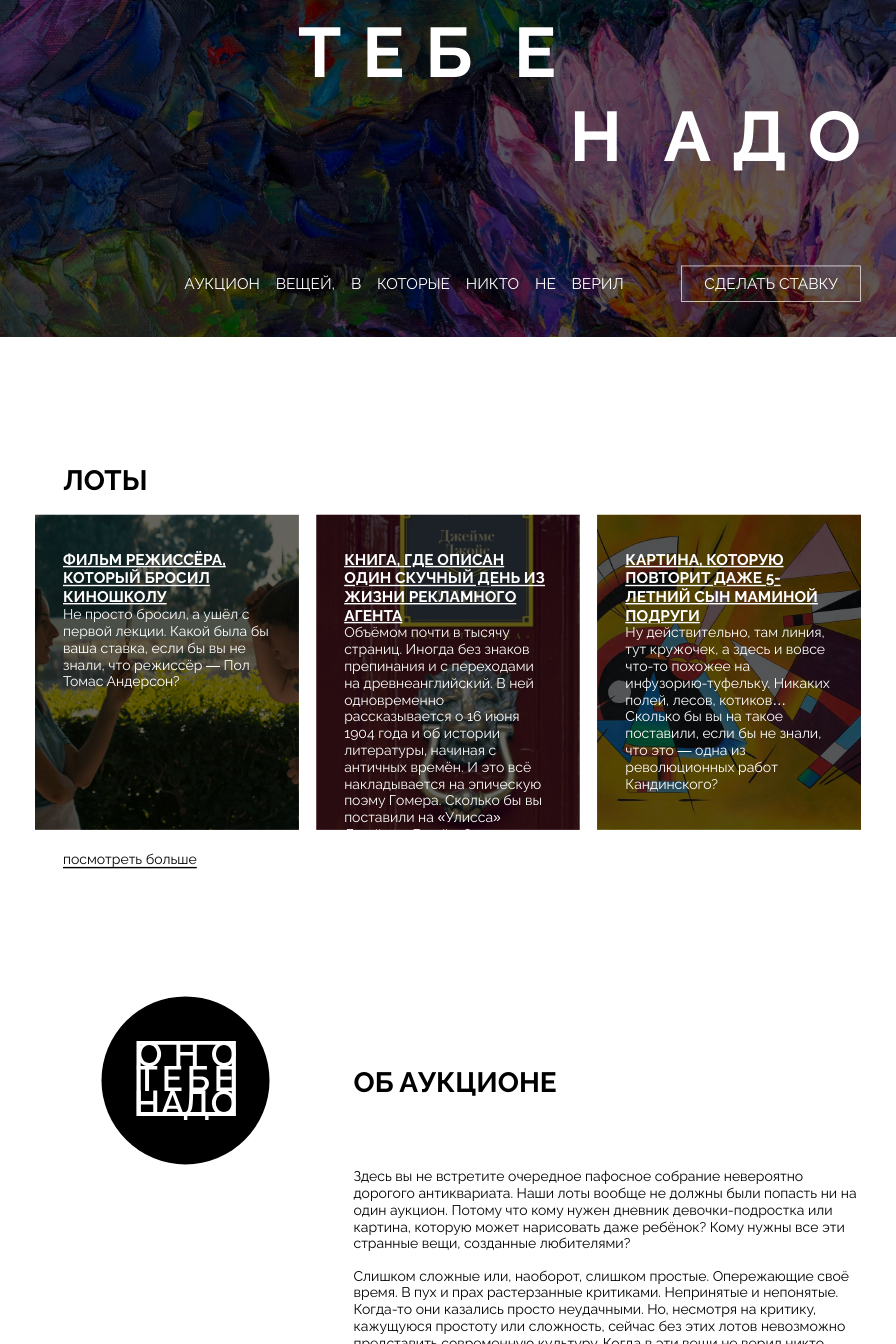
Repository: Hadoooouken/ono-tebe-nado
Page: index.html
The author's editor kept a copy of each file at every save. The page is drawn from the files as they stood at one save, then again after a run of saves.
The browser window is 1280 px wide. The pictures show the part of the page from y = 568 to 2488 px (the page is 2778 px tall), at 70% of full size.

Above is the page before, as saved 2023-11-29 02:16:22.

### index.html
<!DOCTYPE html>
<html lang="ru">
  <head>
    <meta charset="UTF-8" />
    <meta http-equiv="X-UA-Compatible" content="IE=edge" />
    <meta name="viewport" content="width=device-width, initial-scale=1.0" />
    <link rel="stylesheet" href="./fonts/fonts.css" />
    <link rel="stylesheet" href="./styles/global.css" />
    <link rel="stylesheet" href="./styles/style.css" />
    <title>Оно тебе надо — аукцион вещей, в которые никто не верил</title>
  </head>
  <body>
    <header class="header section">
      <nav class="header__menu">
        <ul>
          <li class="header__links-list-item_no-bullit">
            <a href="#">главная</a>
          </li>
          <li><a href="#">посмотреть лоты</a></li>
          <li><a href="#">об аукционе</a></li>
        </ul>
      </nav>

      <div class="header__logo">
        <a href="#"><img src="./images/logo-black.svg" alt="Логотип" /></a>
      </div>

      <div class="address">
        <div><a href="tel:+99995555555">+9 999 555 5555</a></div>
        <div><a href="mailto:info@sobaka.ge">info@sobaka.ge</a></div>
        <p>наб. Принсенграхт 263-265, <br />Амстердам</p>
      </div>
    </header>

    <main>
      <section class="cover">
        <div class="overlay"></div>
        <h1 class="cover__title">
          <span class="align_left">о<span>но</span></span>
          <span class="align_center">те<span>бе</span></span>
          <span class="align_right"
            ><span class="letter-spacing-title">Н</span>ад<span
              class="no-letter-spacing"
              >о</span
            ></span
          >
        </h1>
        <div class="cover__description">
          <p class="divcover__description-text">
            Аукцион вещей, в которые никто не верил
          </p>
          <button type="button" class="bet-button">сделать ставку</button>
        </div>
      </section>

      <section class="lots section">
        <h2 class="lots__heading">лоты</h2>
        <ul class="lots__card-list">
          <li class="lots__card-list-item card_type_film">
            <div class="overlay"></div>
            <a class="card-link" href="#">
              <article class="card">
                <h3 class="card__title">
                  Фильм режиссёра, который бросил киношколу
                </h3>
                <p class="card__text">
                  Не просто бросил, а ушёл с первой лекции. Какой была бы ваша
                  ставка, если бы вы не знали, что режиссёр — Пол Томас
                  Андерсон?
                </p>
              </article>
            </a>
          </li>
          <li class="lots__card-list-item card_type_book">
            <div class="overlay"></div>
            <a class="card-link" href="#">
              <article class="card">
                <h3 class="card__title">
                  Книга, где описан один скучный день из жизни рекламного агента
                </h3>

                <p class="card__text">
                  Объёмом почти в тысячу страниц. Иногда без знаков препинания и
                  с переходами на древнеанглийский. В ней одновременно
                  рассказывается о 16 июня 1904 года и об истории литературы,
                  начиная с античных времён. И это всё накладывается на
                  эпическую поэму Гомера. Сколько бы вы поставили на «Улисса»
                  Джеймса Джойса?
                </p>
              </article>
            </a>
          </li>
          <li class="lots__card-list-item card_type_picture">
            <div class="overlay"></div>
            <a class="card-link" href="#">
              <article class="card">
                <h3 class="card__title">
                  Картина, которую повторит даже 5-летний сын маминой подруги
                </h3>

                <p class="card__text">
                  Ну действительно, там линия, тут кружочек, а здесь и вовсе
                  что-то похожее на инфузорию-туфельку. Никаких полей, лесов,
                  котиков… Сколько бы вы на такое поставили, если бы не знали,
                  что это — одна из революционных работ Кандинского?
                </p>
              </article>
            </a>
          </li>
        </ul>
        <a class="lots__look-more-link" href="#">посмотреть больше</a>
      </section>

      <section class="about section">
        <div class="about__left-column">
          <div class="about__logo">
            <img src="./images/logo-white.svg" alt="Логотип" />
          </div>
        </div>

        <div class="about__right-column">
          <h2 class="about__title">об аукционе</h2>
          <p class="about__text">
            Здесь вы не встретите очередное пафосное собрание невероятно
            дорогого антиквариата. Наши лоты вообще не должны были попасть ни на
            один аукцион. Потому что кому нужен дневник девочки-подростка или
            картина, которую может нарисовать даже ребёнок? Кому нужны все эти
            странные вещи, созданные любителями?
          </p>
          <p class="about__text">
            Слишком сложные или, наоборот, слишком простые. Опережающие своё
            время. В пух и прах растерзанные критиками. Непринятые и непонятые.
            Когда-то они казались просто неудачными. Но, несмотря на критику,
            кажущуюся простоту или сложность, сейчас без этих лотов невозможно
            представить современную культуру. Когда в эти вещи не верил никто,
            продолжали верить их создатели. И сейчас эти лоты стали культовыми.
          </p>
        </div>
      </section>
    </main>
    <footer class="footer section">
      <div class="address">
        <div><a href="tel:+99995555555">+9 999 555 5555</a></div>
        <div><a href="mailto:info@sobaka.ge">info@sobaka.ge</a></div>
        <p>наб. Принсенграхт 263-265, Амстердам</p>
      </div>

      <div class="footer__menu-list">
        <nav class="">
          <ul class="footer__menu-list-item">
            <li class="footer__menu-link_active">
              <a href="#">главная</a>
            </li>
            <li><a href="#">посмотреть лоты</a></li>
            <li><a href="#">об аукционе</a></li>
          </ul>
        </nav>
      </div>

      <div>
        <ul class="footer__social-list">
          <li class="footer__social-list-item">
            <a href="#"> <img src="./images/yt.svg" alt="ютуб" /></a>
          </li>
          <li class="footer__social-list-item">
            <a href="#"> <img src="./images/vk.svg" alt="вконтакте" /></a>
          </li>
          <li class="footer__social-list-item">
            <a href="#">
              <img src="./images/pinterest.svg" alt="пинтерест"
            /></a>
          </li>
        </ul>
      </div>
    </footer>
  </body>
</html>

### styles/global.css
*,
*::before,
*::after {
  box-sizing: border-box;
}

body {
  min-width: 1100px;
  margin: 0;
  font-family: Raleway, sans-serif;
  line-height: 24px;
}

h1,
h2,
h3,
h4,
h5,
h6,
p,
ul,
ol,
li,
blockquote {
  margin: 0;
  padding: 0;
}

a {
  color: inherit;
}

img {
  width: 100%;
}

### styles/style.css
.header {
 display: grid;
 grid-template-columns: 1fr min-content 1fr;
  padding-top: 92px;
  align-items: center;
  font-weight: 400;
  font-size: 18px;
  font-style: normal;
  text-underline-offset: 4px;
  padding-bottom: 90px;
}


.address {
  display:grid;
  justify-content: end;
  line-height: 24.3px;

}

.header__menu ul {
  display: flex;
  gap: 32px;
  list-style-type: circle;
}

.header__links-list-item_no-bullit a {
  text-decoration: none;
}

li.header__links-list-item_no-bullit {
  list-style-type: none;
}

.header__logo {
  width: 138px;
}

.section {
  padding-left: 50px;
  padding-right: 50px;
}

.cover {
  background-image: url(../images/cover.jpg);
  background-repeat: no-repeat;
  background-size: cover;
  background-position: center;
  position: relative;
  z-index: 1;

}


.cover__title {
  display: flex;
  flex-direction: column;
  font-size: 100px;
  font-weight: 700;
  text-transform: uppercase;
  color: #fff;
  font-style: normal;
  position: relative;
  line-height: 115px;
  letter-spacing: 30px;
  z-index: 2;
  padding-top: 165px;
  padding-left: 50px;
  padding-right: 50px;
  gap: 20px;
}

.cover__title > span {
  display: block;
}

.overlay {
  top: 0;
  bottom: 0;
  right: 0;
  left: 0;
  background-color: rgba(0, 0, 0, 0.6);
  position: absolute;
  z-index: 0;
}

.align_left {
  text-align: left;
  letter-spacing: 30px;
}

.align_center {
  text-align: center;
  line-height: 100px;
  letter-spacing: 30px;
}
.align_right {
  text-align: right;
  line-height: 100px;
  letter-spacing: 30px;
}

.align_left span {
  letter-spacing: 60px;

}

.align_center span {
  letter-spacing: 60px;
}




.letter-spacing-title{
  letter-spacing: 60px;
}
.no-letter-spacing{
  letter-spacing: 0;
}

.cover__description {
  display: flex;
  justify-content: end;
  flex-shrink: 0;
  padding: 134px 50px 50px;
  gap: 82px;
  align-items: center;
}

.divcover__description-text {
  color: #fff;
  font-size: 22px;
  font-style: normal;
  font-weight: 400;
  line-height: 28px;
  word-spacing: 17px;
  position: relative;
  text-transform: uppercase;
  z-index: 2;
}

.bet-button {
  background-color: transparent;
  border: 1px solid #fff;
  color: #fff;
  font-family: Raleway;
  font-size: 22px;
  font-style: normal;
  font-weight: 400;
  line-height: normal;
  text-transform: uppercase;
  z-index: 2;
  width: 257px;
  min-height: 52px;
  padding: 10px 30px;
}

.lots {
  padding-top: 180px;
}

.lots__heading {
  padding-left: 40px;
  color: #000;
  font-size: 40px;
  font-style: normal;
  font-weight: 700;
  line-height: normal;
  text-transform: uppercase;
}

.lots__card-list {
  display: flex;
  padding-top: 27px;
  list-style-type: none;
  gap: 25px;
  margin-bottom: 30px;
}
.lots__card-list-item {
  display: flex;
  flex-grow: 1;
  flex-basis: 0;
  height: 450px;
  background-size: cover;
  padding: 50px 40px;
  position: relative;
  background-position:
}

.card_type_film {
  background-image: url(../images/card-lot-01.jpg);
}

.card_type_book {
  background-image: url(../images/card-lot-02.jpg);
}

.card_type_picture {
  background-image: url(../images/card-lot-03.jpg);
}

.card__title {
  color: #fff;
  font-size: 22px;
  font-style: normal;
  font-weight: 700;
  line-height: 120%;
  text-transform: uppercase;
  text-decoration: underline;
}

.card-link {
  display: flex;
  justify-content: space-between;
  flex-direction: column;
  text-decoration: none;
  position: relative;
  z-index: 1;
}

.card__text {
  color: #fff;
  font-size: 20px;
  font-style: normal;
  font-weight: 400;
  line-height: 120%;
}

.lots__look-more-link {
  color: #000;
  font-size: 20px;
  font-weight: 400;
  padding-left: 40px;
  text-underline-offset: 4px;
}

.about {
  display: flex;
  padding-top: 182px;
  border-radius: 10px;
}

.about__logo {
  background-color: #000;
  border-radius: 50%;
  width: 240px;
  height: 240px;
  padding: 63px 46px;
}

.about__title {
  color: #000;
  font-size: 40px;
  font-weight: 700;
  line-height: normal;
  text-transform: uppercase;
  margin-bottom: 100px;
}

.about__text {
  color: #000;
  font-size: 20px;
  font-weight: 400;
  line-height: normal;
  margin-bottom: 22px;
}

.about__left-column {
  padding-left: 95px;
  padding-right: 95px;
}

.about__right-column {
  padding-top: 98px;
  padding-left: 25px;
}

.footer {
  padding-top: 160px;
  display: flex;
  justify-content: space-between;
}

.footer__address {
  color: #000;
  font-size: 18px;
  font-style: normal;
  font-weight: 400;
  line-height: 24.3px;
  text-underline-offset: 4px;
  width: 250px;
}

.footer__menu-list {
  color: #000;
  font-size: 18px;
  font-style: normal;
  font-weight: 400;
  line-height: normal;
  text-align: center;
  text-underline-offset: 4px;
}
.footer__menu-list-item {
  list-style-type: none;
}

.footer__menu-link_active a {
  text-decoration: none;
}

.footer__social-list {
  display: flex;
  flex-direction: row;
  gap: 50px;
}

.footer__social-list-item {
  list-style-type: none;
  width: 48px;
  height: 48px;
}

Loaded but not shown: fonts/fonts.css (common file)

After the next 2 saves:
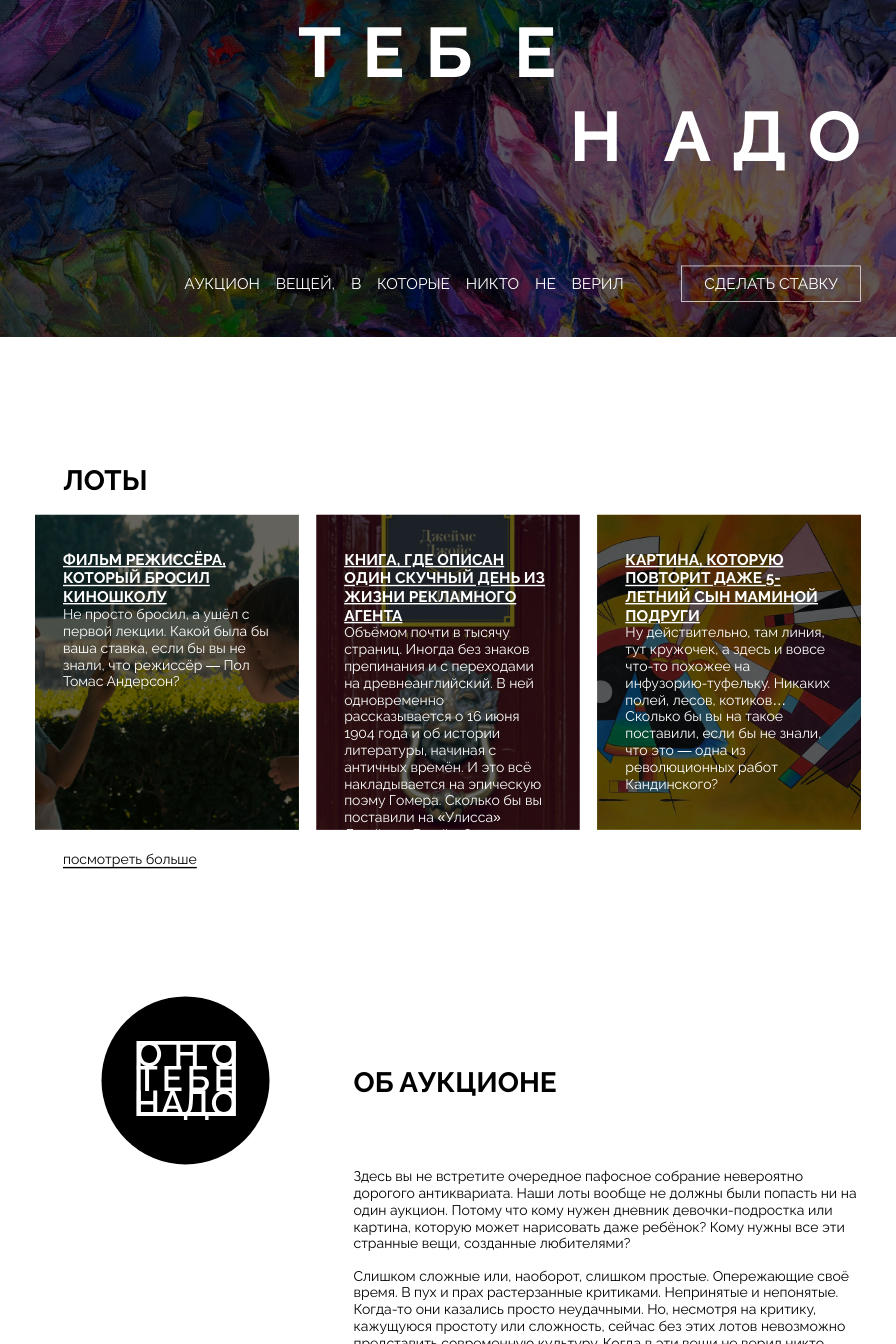
The 2 saves are shown as one change because they came seconds apart.
The last was saved 9 s later.
--- a/styles/style.css
+++ b/styles/style.css
@@ -185,7 +185,7 @@
   background-size: cover;
   padding: 50px 40px;
   position: relative;
-  background-position:
+  background-position: center;
 }
 
 .card_type_film {

After the save that followed:
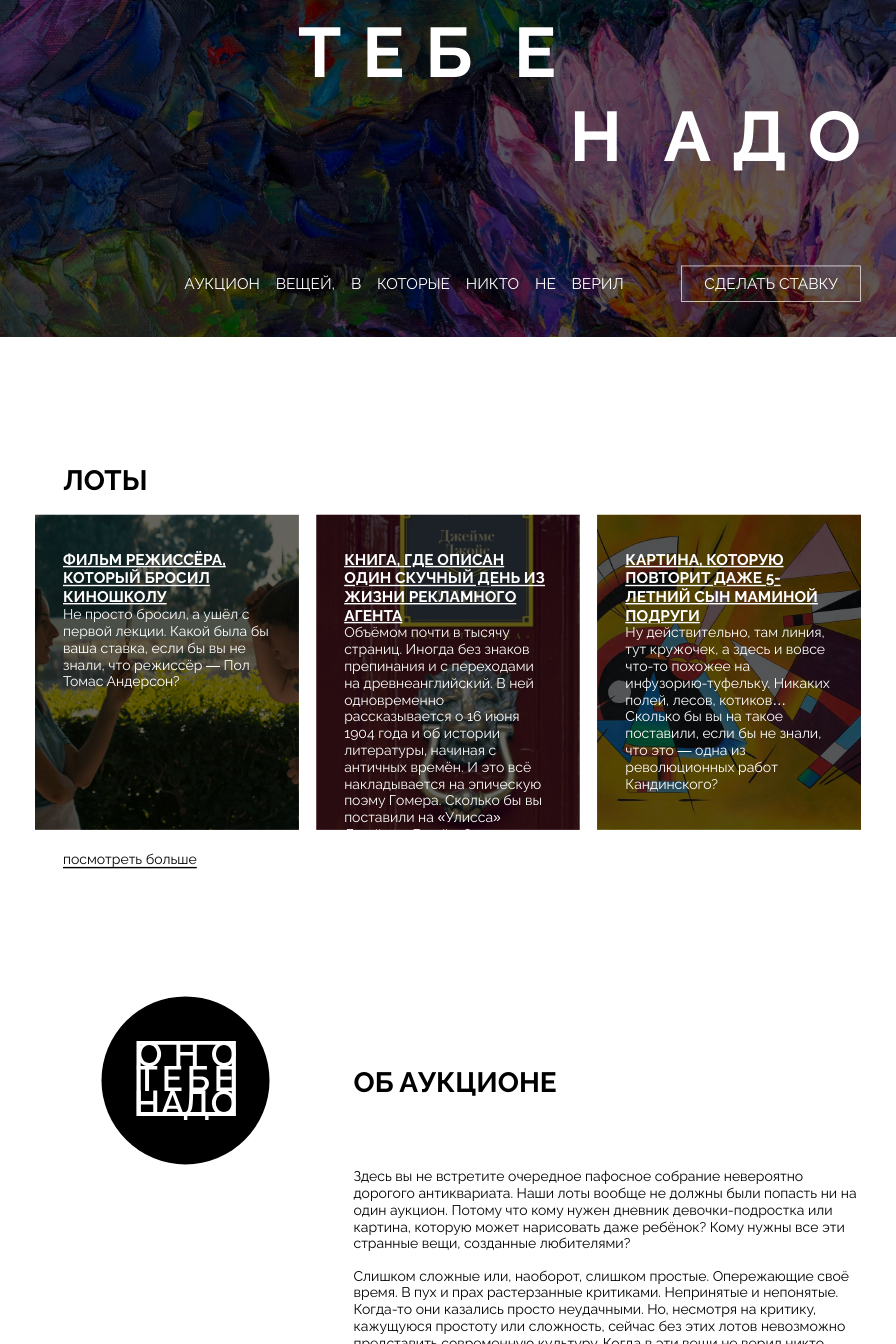
Saved 13 s later.
--- a/styles/style.css
+++ b/styles/style.css
@@ -185,7 +185,7 @@
   background-size: cover;
   padding: 50px 40px;
   position: relative;
-  background-position: center;
+
 }
 
 .card_type_film {
